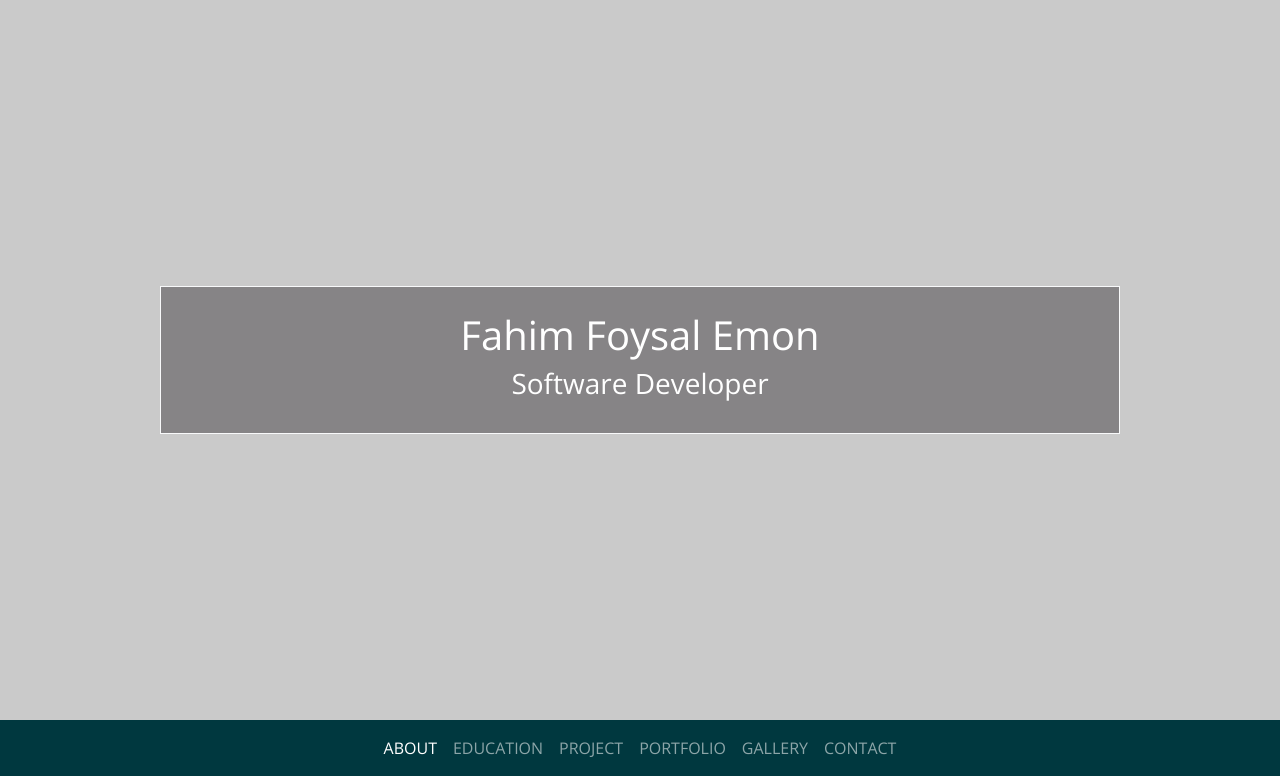
Repository: emowzz/emowzz.github.io
Page: index.html
These files come from the project's save history. The page is drawn as it stood at one moment and after the next save; the edit follows.
The browser window is 1280 px wide. The pictures show the whole page.
Some web libraries are served in a nearby version.

Above is the page before, as saved 2021-03-17 17:55:48.

### index.html
<!doctype html>
<html lang="en">
  <head>
    <!-- Required meta tags -->
    <meta charset="utf-8">
    <meta name="viewport" content="width=device-width, initial-scale=1">
    <link rel="shortcut icon" type="image/png" href="./Image/myImgZoom.jpg">
    <!-- Bootstrap CSS -->
    <link href="https://cdn.jsdelivr.net/npm/bootstrap@5.0.0-beta2/dist/css/bootstrap.min.css" rel="stylesheet" integrity="sha384-BmbxuPwQa2lc/FVzBcNJ7UAyJxM6wuqIj61tLrc4wSX0szH/Ev+nYRRuWlolflfl" crossorigin="anonymous">
    <link rel="preconnect" href="https://fonts.gstatic.com">
    <link href="https://fonts.googleapis.com/css2?family=Open+Sans:wght@300&display=swap" rel="stylesheet">
    <link rel="stylesheet" href="./CSS/style.css">


    <title>Hi There, I'm Fahim Foysal Emon!</title>

    <script src="https://kit.fontawesome.com/a076d05399.js" crossorigin="anonymous"></script>
  </head>
  <body>

    <!-- this is banner section -->
    <section class="banner-container container-fluid">
      <div class="row vh-100">
        <div class="col-md-9 banner-column m-auto text-center text-white p-4 border border-light">
            <h1 class="display:4 font-weight:bolder">Fahim Foysal Emon</h1>
            <h3>Software Developer</h3>
        </div>
      </div>
    </section>

    <!-- this is nav-bar section -->
    <nav class="navbar navbar-expand-lg navbar-dark navbar-container">
      <div class="container-fluid">
        <button class="navbar-toggler" type="button" data-bs-toggle="collapse" data-bs-target="#navbarSupportedContent" aria-controls="navbarSupportedContent" aria-expanded="false" aria-label="Toggle navigation">
          <span class="navbar-toggler-icon"></span>
        </button>
        <div class="collapse navbar-collapse" id="navbarSupportedContent">
          <ul class="navbar-nav m-auto mb-2 mb-lg-0">
            <li class="nav-item">
              <a class="nav-link active" aria-current="page" href="#About">ABOUT</a>
            </li>
            <li class="nav-item">
              <a class="nav-link" href="#Education">EDUCATION</a>
            </li>
            <li class="nav-item">
              <a class="nav-link" href="#Project">PROJECT</a>
            </li>
            <li class="nav-item">
              <a class="nav-link" href="#Portfolio">PORTFOLIO</a>
            </li>
            <li class="nav-item">
              <a class="nav-link" href="#Gallery">GALLERY</a>
            </li>
            <li class="nav-item">
              <a class="nav-link" href="#Contact">CONTACT</a>
            </li>
          </ul>
        </div>
      </div>
    </nav>

    <!-- Optional JavaScript; choose one of the two! -->

    <!-- Option 1: Bootstrap Bundle with Popper -->
    <script src="https://cdn.jsdelivr.net/npm/bootstrap@5.0.0-beta2/dist/js/bootstrap.bundle.min.js" integrity="sha384-b5kHyXgcpbZJO/tY9Ul7kGkf1S0CWuKcCD38l8YkeH8z8QjE0GmW1gYU5S9FOnJ0" crossorigin="anonymous"></script>

    <!-- Option 2: Separate Popper and Bootstrap JS -->
    <!--
    <script src="https://cdn.jsdelivr.net/npm/@popperjs/core@2.6.0/dist/umd/popper.min.js" integrity="sha384-KsvD1yqQ1/1+IA7gi3P0tyJcT3vR+NdBTt13hSJ2lnve8agRGXTTyNaBYmCR/Nwi" crossorigin="anonymous"></script>
    <script src="https://cdn.jsdelivr.net/npm/bootstrap@5.0.0-beta2/dist/js/bootstrap.min.js" integrity="sha384-nsg8ua9HAw1y0W1btsyWgBklPnCUAFLuTMS2G72MMONqmOymq585AcH49TLBQObG" crossorigin="anonymous"></script>
    -->
  </body>
</html>

### CSS/style.css
body {
    font-family: 'Open Sans', sans-serif;
}


.banner-container {
    background-color: #CACACA;
}

.banner-column {
    background-color: #868486;
}

.navbar-container {
    background-color: #00383F;
}

After the next save:
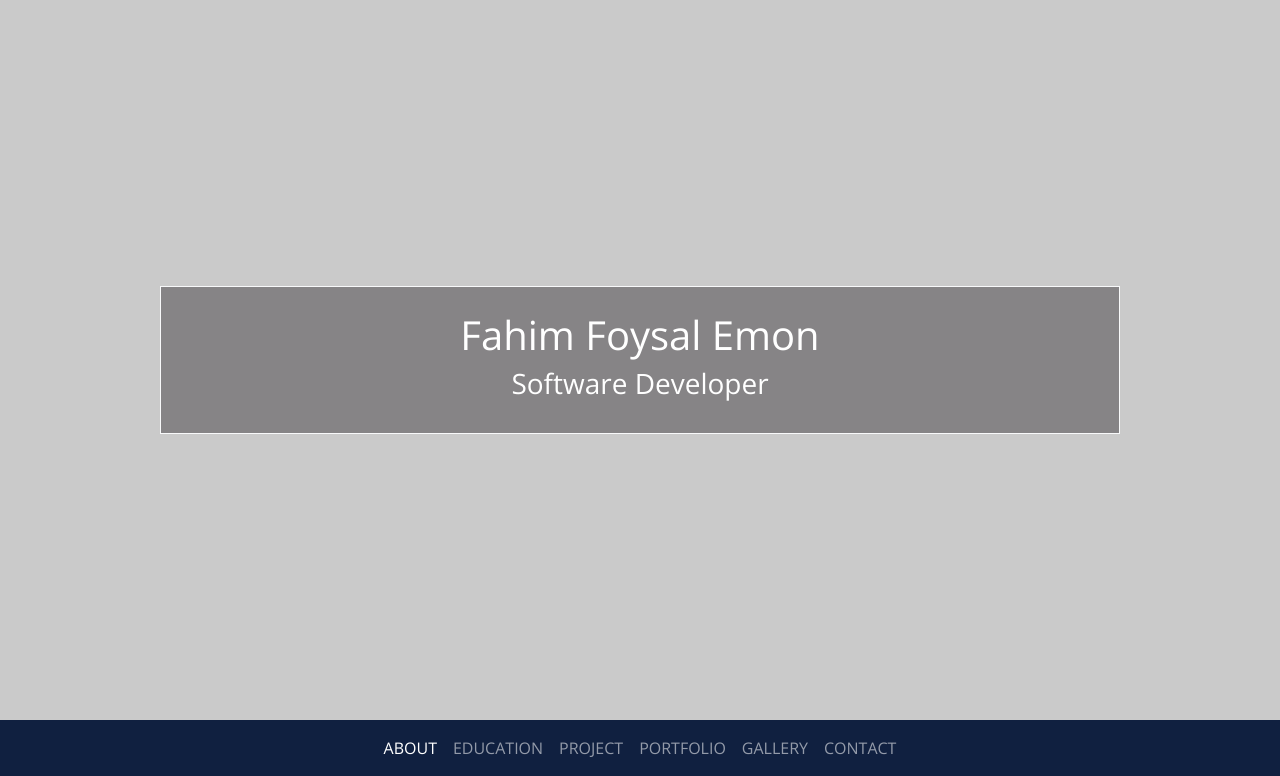
Saved 43 s later.
--- a/CSS/style.css
+++ b/CSS/style.css
@@ -12,5 +12,5 @@ body {
 }
 
 .navbar-container {
-    background-color: #00383F;
+    background-color: #102040;
 }
